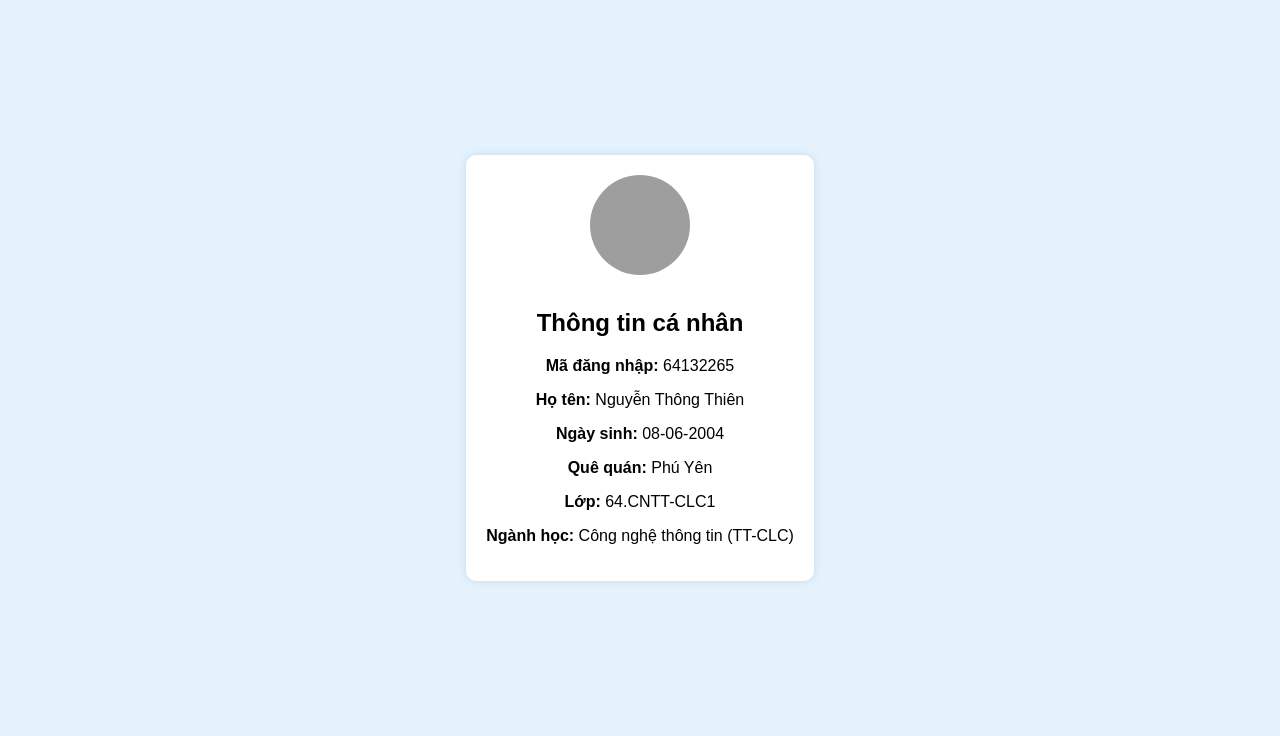
Repository: ThongThien/64132265_Web2
Page: Login/src/main/webapp/UserProfile.html
An editor plug-in stored every save of this project. The page is shown before and after a run of saves, followed by the edit.
The browser window is 1280 px wide. The pictures show the whole page.
Pictures or frames that could not be fetched are drawn as grey boxes.

Above is the page before, as saved 2025-02-18 10:47:06.

### Login/src/main/webapp/UserProfile.html
<!DOCTYPE html>
<html>
<head>
<meta charset="UTF-8">
    <style>
        body {
            font-family: Arial, sans-serif;
            display: flex;
            justify-content: center;
            align-items: center;
            height: 100vh;
            background-color: #e3f2fd;
        }
        .profile-container {
            background: white;
            padding: 20px;
            border-radius: 10px;
            box-shadow: 0 0 10px rgba(0, 0, 0, 0.1);
            text-align: center;
        }
        .profile-img {
            width: 100px;
            height: 100px;
            border-radius: 50%;
            object-fit: cover;
            margin-bottom: 10px;
        }
    </style>
</head>
<body>
	<div class="profile-container">
        <img src="https://elearning.ntu.edu.vn/pluginfile.php/678467/user/icon/academi/f1?rev=9294391" alt="Ảnh đại diện" class="profile-img">
        <h2>Thông tin cá nhân</h2>
        <div class="profile-info">
            <p><strong>Mã đăng nhập:</strong> 64132265</p>
            <p><strong>Họ tên:</strong> Nguyễn Thông Thiên</p>
            <p><strong>Ngày sinh:</strong> 08-06-2004</p>
            <p><strong>Quê quán:</strong> Phú Yên</p>
            <p><strong>Lớp:</strong> 64.CNTT-CLC1</p>
            <p><strong>Ngành học:</strong> Công nghệ thông tin (TT-CLC)</p>
        </div>
    </div>
</body>
</html>

After the next 2 saves:
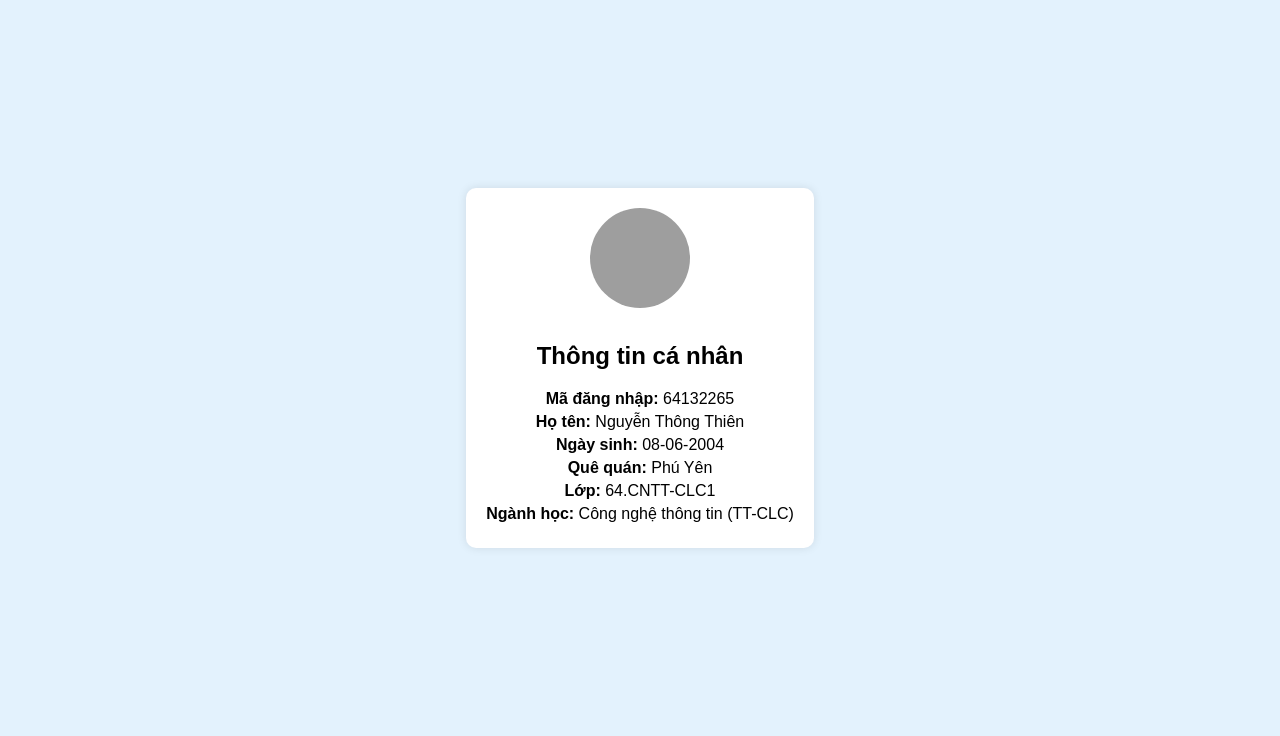
The 2 saves are shown as one change because they came seconds apart.
The last was saved 19 s later.
--- a/Login/src/main/webapp/UserProfile.html
+++ b/Login/src/main/webapp/UserProfile.html
@@ -25,6 +25,16 @@
             object-fit: cover;
             margin-bottom: 10px;
         }
+        .profile-info {
+            font-size: 16px;
+            margin-top: 10px;
+        }
+        .profile-info p {
+            margin: 5px 0;
+        }
+        .profile-info strong {
+            font-weight: bold;
+        }
     </style>
 </head>
 <body>
